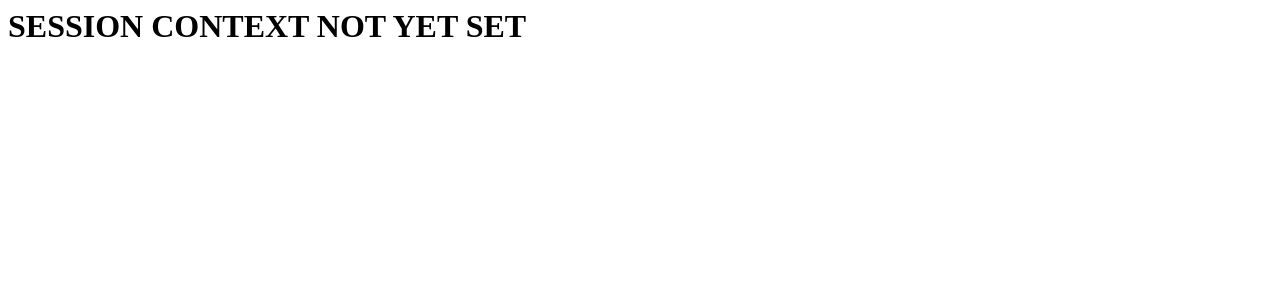
Repository: poobalan5397/corejava
Page: http://localhost/firstWebsite/Result
An editor plug-in stored every save of this project. The page is shown before and after the next save, followed by the edit.
The browser window is 1280 px wide. The pictures show the whole page.
The page is served by Tomcat 9. Other server files are loaded and not shown.

Above is the page before, as saved 2022-05-20 11:51:02.

### firstWebsite/src/main/java/com/chainsys/webapp/first/Result.java
package com.chainsys.webapp.first;

import java.io.IOException;
import java.io.PrintWriter;

import javax.servlet.ServletException;
import javax.servlet.http.HttpServlet;
import javax.servlet.http.HttpServletRequest;
import javax.servlet.http.HttpServletResponse;
import javax.servlet.http.HttpSession;

/**
 * Servlet implementation class Result
 */
public class Result extends HttpServlet {
	private static final long serialVersionUID = 1L;

    /**
     * @see HttpServlet#HttpServlet()
     */
    public Result() {
        super();
        // TODO Auto-generated constructor stub
    }

	/**
	 * @see HttpServlet#doGet(HttpServletRequest request, HttpServletResponse response)
	 */
	protected void doGet(HttpServletRequest request, HttpServletResponse response) throws ServletException, IOException {
		PrintWriter out= response.getWriter();
	    response.setContentType("text/html");
	    out.println("<html><head><title>Attributes</title></head><body>");
	   HttpSession session=request.getSession(true);
	    String sessionSalary=(String) session.getAttribute("ctxsalary");
        if(sessionSalary==null) {
            out.print("<h1>SESSION CONTEXT NOT YET SET</h1>");
        }
         //String sessionSalary=(String) session.getAttribute("salary").toString();
        else {
        out.println("<h1>value fetched</h1>" + sessionSalary); // returning value from sessionAttribute  to html
    }
        out.println("</body></html");
	}



	/**
	 * @see HttpServlet#doPost(HttpServletRequest request, HttpServletResponse response)
	 */
	protected void doPost(HttpServletRequest request, HttpServletResponse response) throws ServletException, IOException {

	}

}

After the next save:
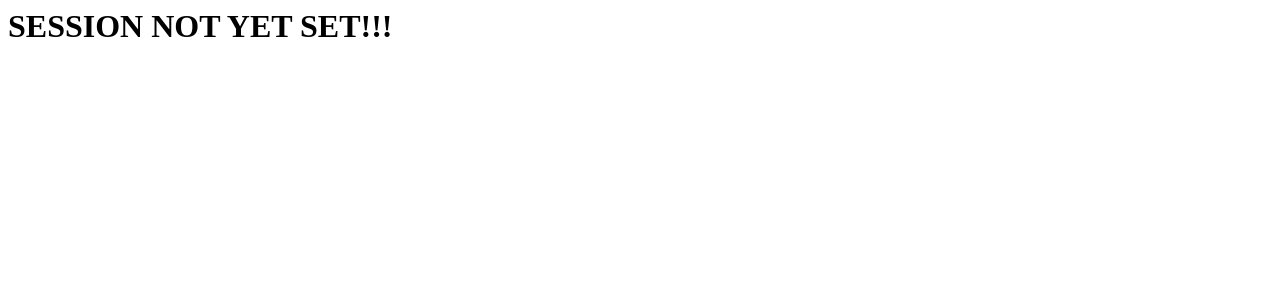
Saved 6 min 23 s later.
--- a/firstWebsite/src/main/java/com/chainsys/webapp/first/Result.java
+++ b/firstWebsite/src/main/java/com/chainsys/webapp/first/Result.java
@@ -20,29 +20,25 @@ public class Result extends HttpServlet {
      */
     public Result() {
         super();
-        // TODO Auto-generated constructor stub
     }
 
 	/**
 	 * @see HttpServlet#doGet(HttpServletRequest request, HttpServletResponse response)
 	 */
 	protected void doGet(HttpServletRequest request, HttpServletResponse response) throws ServletException, IOException {
-		PrintWriter out= response.getWriter();
-	    response.setContentType("text/html");
-	    out.println("<html><head><title>Attributes</title></head><body>");
-	   HttpSession session=request.getSession(true);
-	    String sessionSalary=(String) session.getAttribute("ctxsalary");
-        if(sessionSalary==null) {
-            out.print("<h1>SESSION CONTEXT NOT YET SET</h1>");
-        }
-         //String sessionSalary=(String) session.getAttribute("salary").toString();
-        else {
-        out.println("<h1>value fetched</h1>" + sessionSalary); // returning value from sessionAttribute  to html
-    }
-        out.println("</body></html");
+		PrintWriter out = response.getWriter();
+		response.setContentType("text/html");
+		out.println("<html><head><title>Result</title></head><body>");
+		HttpSession session = request.getSession(true);
+		String sessionSalary = (String) session.getAttribute("salary");
+		if(sessionSalary == null) {
+			out.print("<h1> SESSION NOT YET SET!!! </h1>");
+		}
+		else {
+		out.print("<h1>Value Fetched</h1>" + sessionSalary);//returning value from sessionAttribute
+		}
+		out.println("</body></html>");
 	}
-
-
 
 	/**
 	 * @see HttpServlet#doPost(HttpServletRequest request, HttpServletResponse response)
